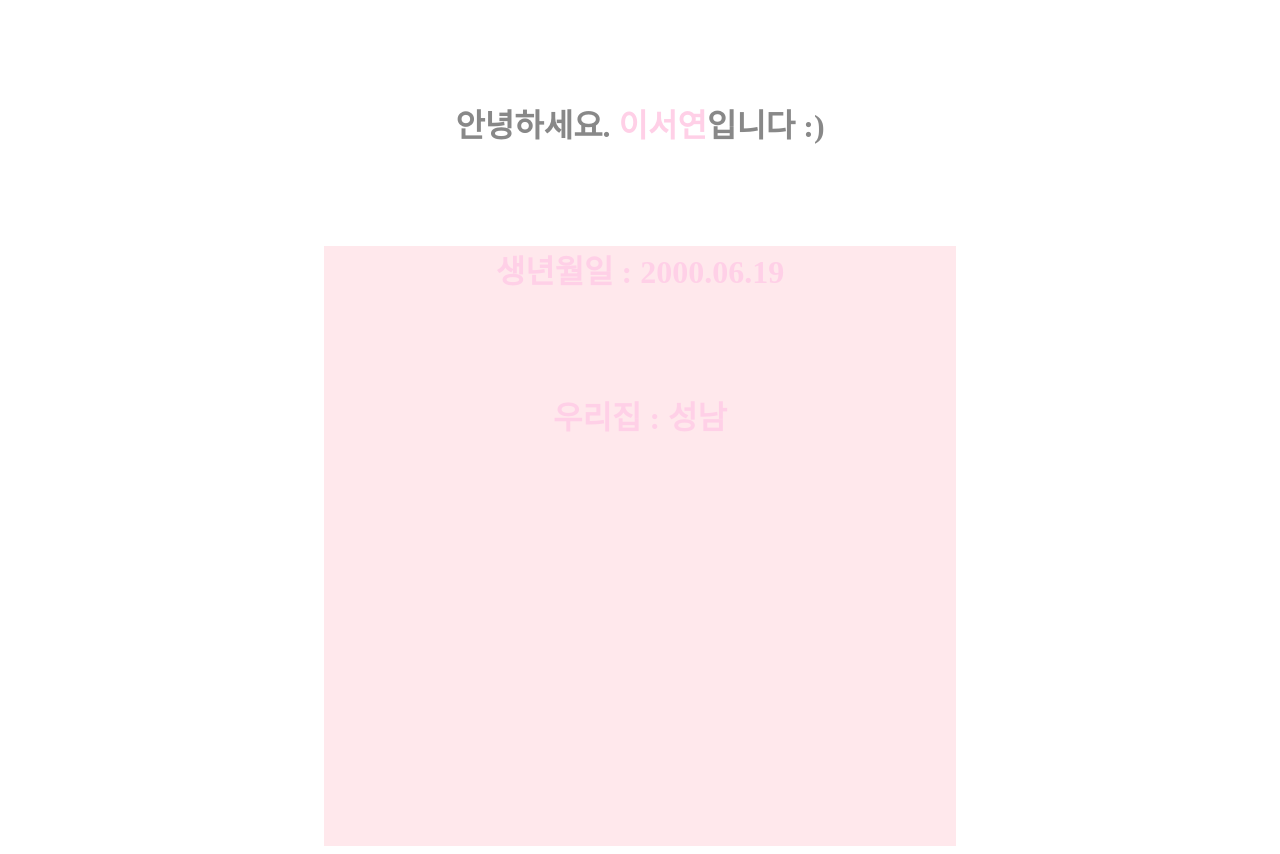
Repository: seoyeon0619/WebProgramming
Page: http://localhost/myhome1/자기소개.jsp
These files come from the project's save history. The page is drawn as it stood at one moment and after the next save; the edit follows.
The browser window is 1280 px wide. The pictures show the whole page.
Some web fonts or font styles are not loaded; a fallback is used. The page is served by Tomcat 9.

Above is the page before, as saved 2022-12-29 08:41:55.

After the next save:
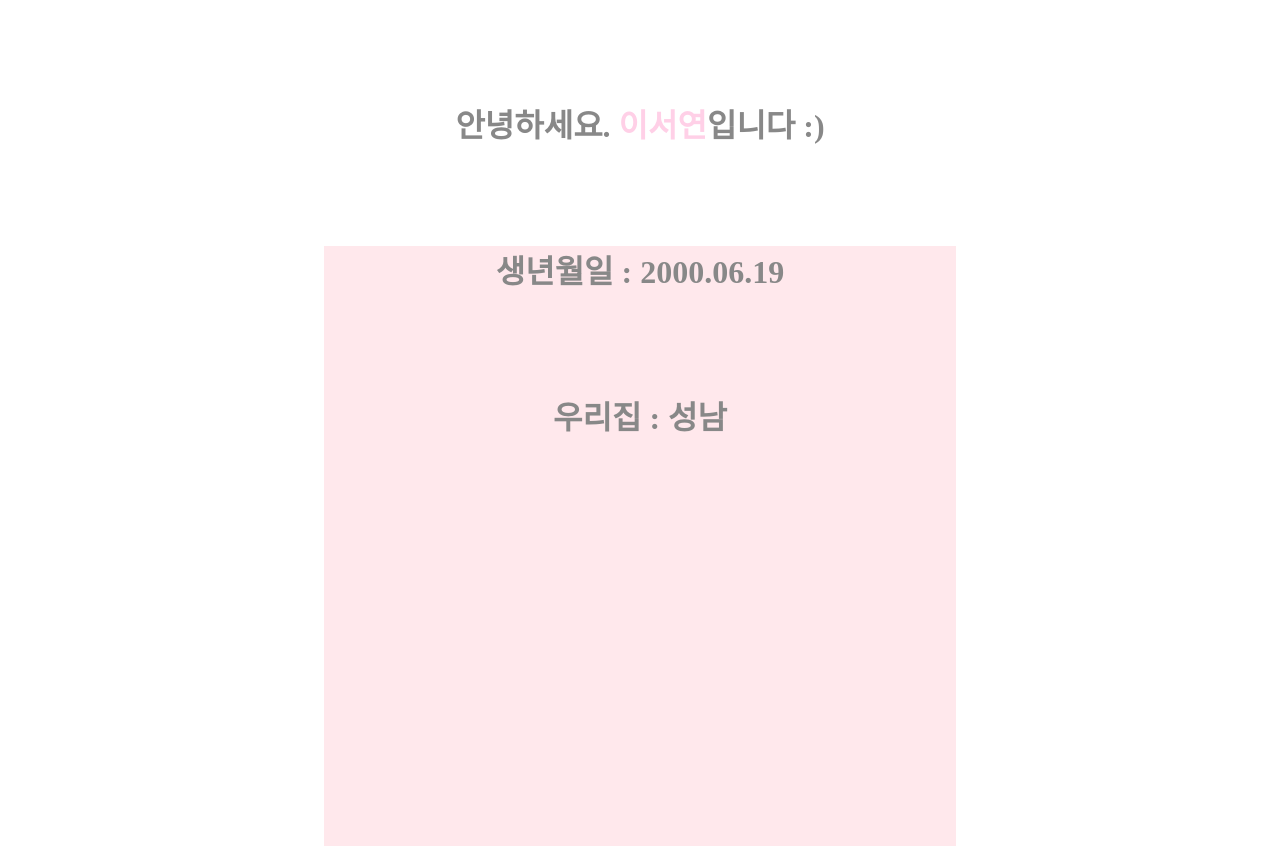
Saved 25 s later.
--- a/workspace1/myhome1/src/main/webapp/자기소개.jsp
+++ b/workspace1/myhome1/src/main/webapp/자기소개.jsp
@@ -41,8 +41,8 @@
 	<h1 style="color: #888888">안녕하세요. <span style="color: rgb(255, 208, 231);">이서연</span>입니다 :) </h1>
 
 <div>
-	<h1 style="color: rgb(255, 208, 231);">생년월일 : 2000.06.19</h1>
-	<h1 style="color: rgb(255, 208, 231);">우리집 : 성남</h1>
+	<h1 style="color: #888888;">생년월일 : 2000.06.19</h1>
+	<h1 style="color: #888888;">우리집 : 성남</h1>
 </div>
 
 
